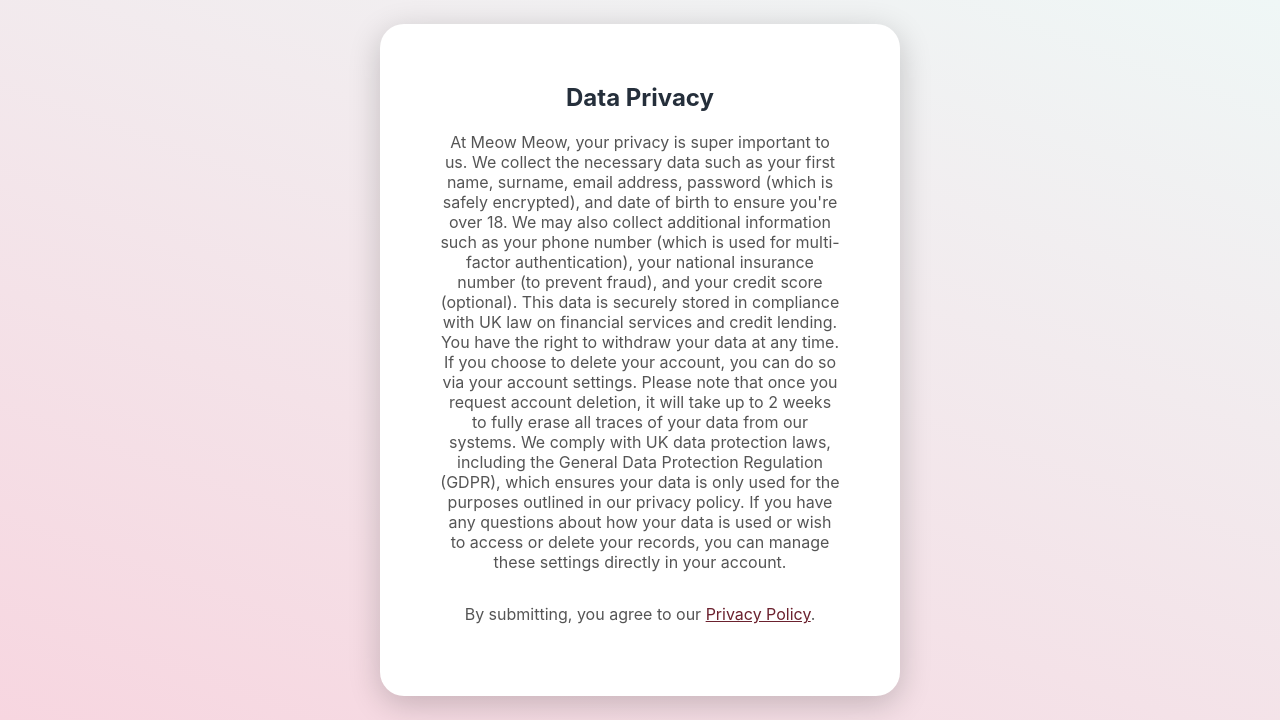
Repository: aab232/https---github.com-aab232-Deferred-Payment-Platform
Page: /privacy (app in frontend/)
An editor plug-in stored every save of this project. The page is shown before and after the next save, followed by the edit.
The browser window is 1280 px wide. The pictures show the whole page.
The project was rebuilt for these pictures with package versions that can differ from the ones it lists, and the page was loaded fresh each time. Also part of the build but not shown: frontend/src/components/Home.js, frontend/src/components/Register.js, frontend/src/components/Login.js, frontend/src/components/Main.css, frontend/src/components/Main.js, frontend/src/components/BackButton.css, frontend/src/components/BackButton.js, frontend/src/components/Settings.js.

Above is the page before, as saved 2025-04-01 01:50:05.

After the next save:
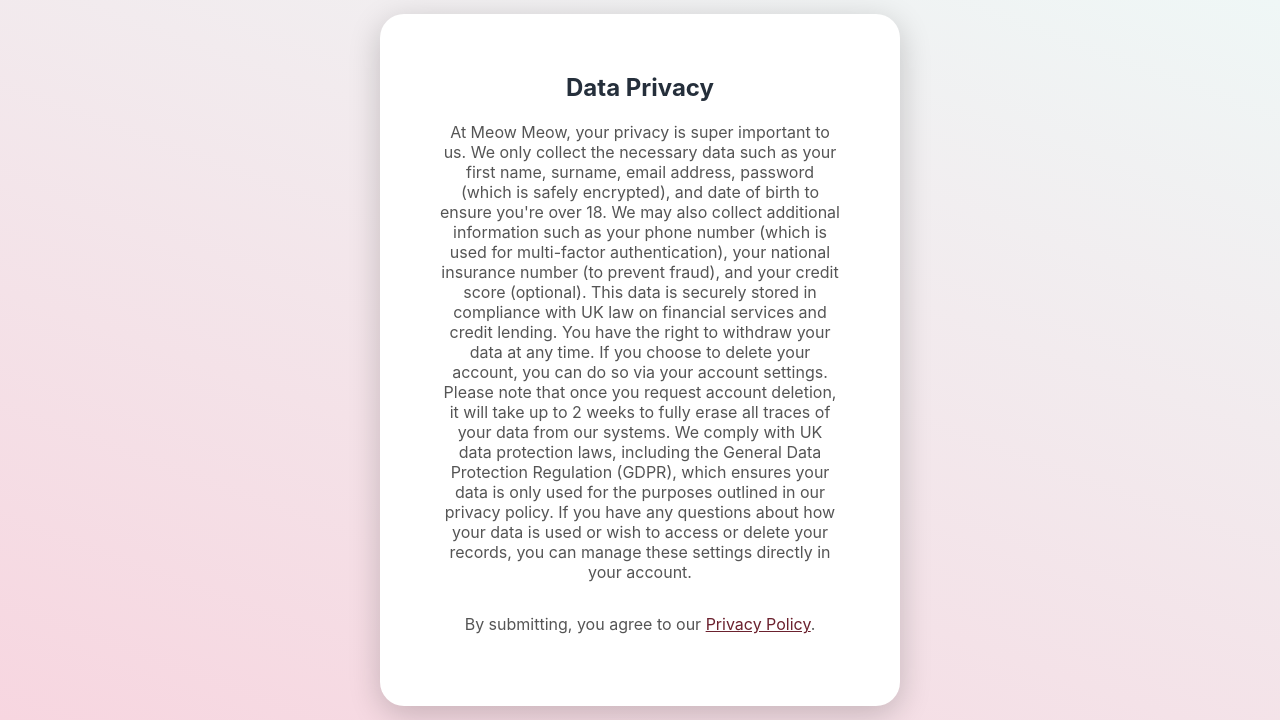
Saved 9 s later.
--- a/frontend/src/components/Privacy.js
+++ b/frontend/src/components/Privacy.js
@@ -8,7 +8,7 @@ const Privacy = () => {
         <h2>Data Privacy</h2>
 
         <p>
-          At Meow Meow, your privacy is super important to us. We collect the necessary data such as your first name, surname, email address, password (which is safely encrypted), and date of birth to ensure you're over 18. We may also collect additional information such as your phone number (which is used for multi-factor authentication), your national insurance number (to prevent fraud), and your credit score (optional). This data is securely stored in compliance with UK law on financial services and credit lending.
+          At Meow Meow, your privacy is super important to us. We only collect the necessary data such as your first name, surname, email address, password (which is safely encrypted), and date of birth to ensure you're over 18. We may also collect additional information such as your phone number (which is used for multi-factor authentication), your national insurance number (to prevent fraud), and your credit score (optional). This data is securely stored in compliance with UK law on financial services and credit lending.
 
           You have the right to withdraw your data at any time. If you choose to delete your account, you can do so via your account settings. Please note that once you request account deletion, it will take up to 2 weeks to fully erase all traces of your data from our systems.
 
